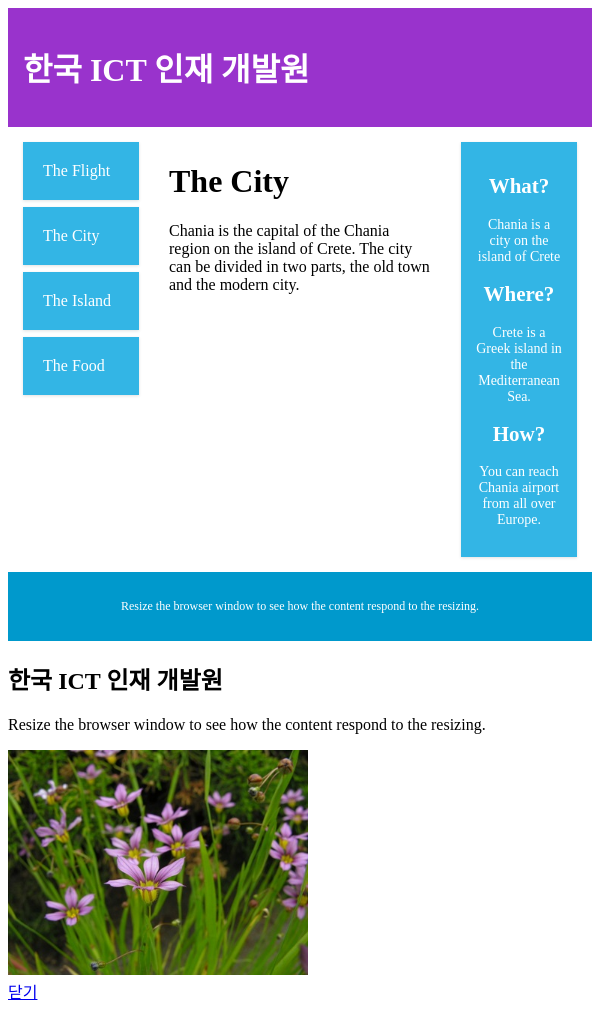
Repository: ady0099/webstudy
Page: 03_javascript/src/main/webapp/day02/ex18_event.html
An editor plug-in stored every save of this project. The page is shown before and after the next save, followed by the edit.
The browser window is 600 px wide. The pictures show the whole page.

Above is the page before, as saved 2023-06-28 08:03:15.

### 03_javascript/src/main/webapp/day02/ex18_event.html
<!DOCTYPE html>
<html>
	<head>
		<meta charset="UTF-8">
		<title>반응협 웹 페이지</title>
		<style>
			*{
				box-sizing: border-box;
			}
			.header{
				background-color: #9933cc;
				color:white;
				padding:15px;
			}
			/* ::after => 요소의 콘텐츠 끝부분에 생성된 콘텐츠를 추가한다. */
			/* ::before => 요소의 콘텐츠 시작부분에 생성된 콘텐츠를 추가한다. */
			/* content:""; => */
			.row::after{
				content: "";
				display: block;
				clear: both;
			}
			.footer{
				/* clear:both; */ /* float: left 해제 */
				clear:both;
				background-color: #0099cc;
				color:white;
				text-align: center;
				font-size:12px;
				padding:15px;
			}
			.menu ul{
				list-style-type: none;
				margin:0;
				padding:0;
			}
			.menu li{
				padding:20px;
				margin-bottom:7px;
				background-color: #33b5e5;
				color:white;
				box-shadow: 0 1px 3px rgba(0,0,0,0.12);
			}
			.menu li:hover{
				background-color: #0099cc;
			}
			[class*="col-"]{
				float:left;
				padding:15px;
			}
			.aside{
				background-color: #33b5e5;
				padding:15px;
				color:white;
				text-align: center;
				font-size: 14px;
				box-shadow: 0 1px 3px rgba(0,0,0,0.12);
			}
			.col-1{width:8.33%;}
			.col-2{width:16.66%;}
			.col-3{width:25%;}
			.col-4{width:33.33%;}
			.col-5{width:41.66%;}
			.col-6{width:50%;}
			.col-7{width:58.33%;}
			.col-8{width:66.66%;}
			.col-9{width:75%;}
			.col-10{width:83.33%;}
			.col-11{width:91.66%;}
			.col-12{width:100%;}
		@media only screen and (max-)

		</style>

	</head>
	<body>
		<div class="header">
			<h1>한국 ICT 인재 개발원</h1>
		</div>
		<div class="row">
			<div class="col-3 menu">
				<ul>
					<li>The Flight</li>
					<li>The City</li>
					<li>The Island</li>
					<li>The Food</li>
				</ul>
			</div>
			<div class="col-6">
				<h1>The City</h1>
				<p>Chania is the capital of the Chania region on the island of Crete.
				The city can be divided in two parts, the old town and the modern city.</p>
			</div>
			<div class="col-3 right">
				<div class="aside">
					<h2>What?</h2>
					<p>Chania is a city on the island of Crete</p>
					<h2>Where?</h2>
					<p>Crete is a Greek island in the Mediterranean Sea.</p>
					<h2>How?</h2>
					<p>You can reach Chania airport from all over Europe.</p>
				</div>
			</div>
			<div class="footer">
				<p>Resize the browser window to see how the content respond to the resizing.</p>
			</div>
			<div id="popup">
				<h2>한국 ICT 인재 개발원</h2>
				<p>Resize the browser window to see how the content respond to the resizing.</p>

				<img alt="" src="../images/flower.jpg" width="300px">
				<div><a href="#" onclick="closed()">닫기</a></div>
			</div>
		</div>
	</body>
	<script type="text/javascript">
		function closed(){

		}
	</script>
</html>

After the next save:
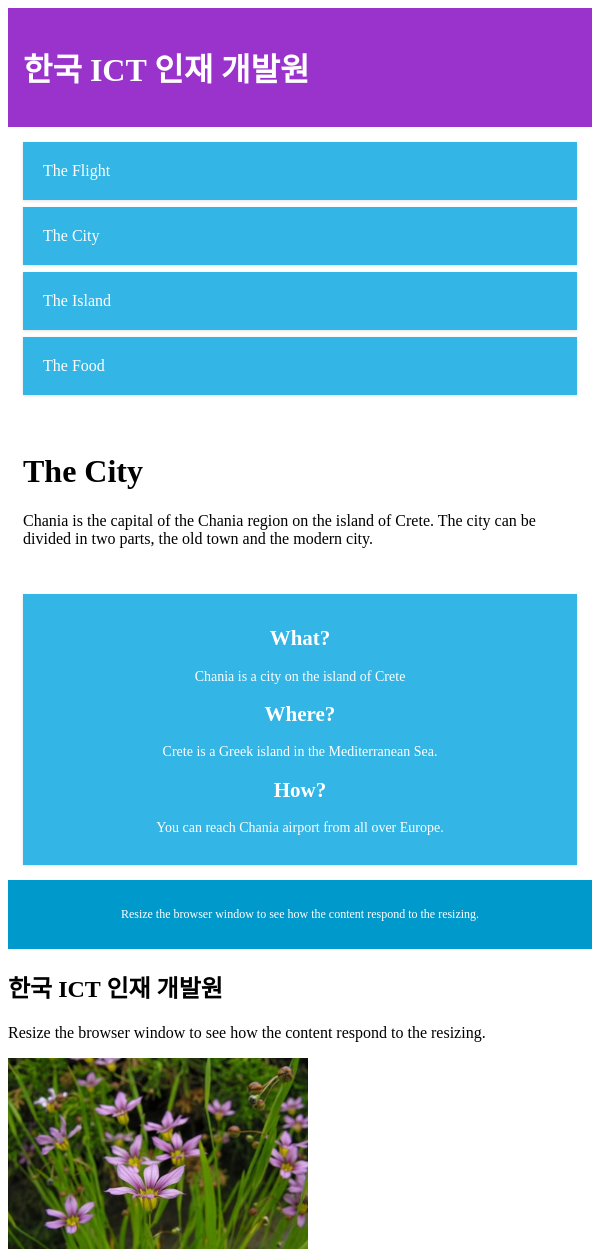
Saved 28 s later.
--- a/03_javascript/src/main/webapp/day02/ex18_event.html
+++ b/03_javascript/src/main/webapp/day02/ex18_event.html
@@ -68,8 +68,17 @@
 			.col-10{width:83.33%;}
 			.col-11{width:91.66%;}
 			.col-12{width:100%;}
-		@media only screen and (max-)
-
+			@media only screen and (max-width:760px){
+		[class*="col-"]{
+		  width: 100%;
+	   }
+	}
+	div#popup{
+		width: 500px;
+		height: 300px;
+		position: absolute;
+		overflow: hidden;
+	 }
 		</style>
 
 	</head>
